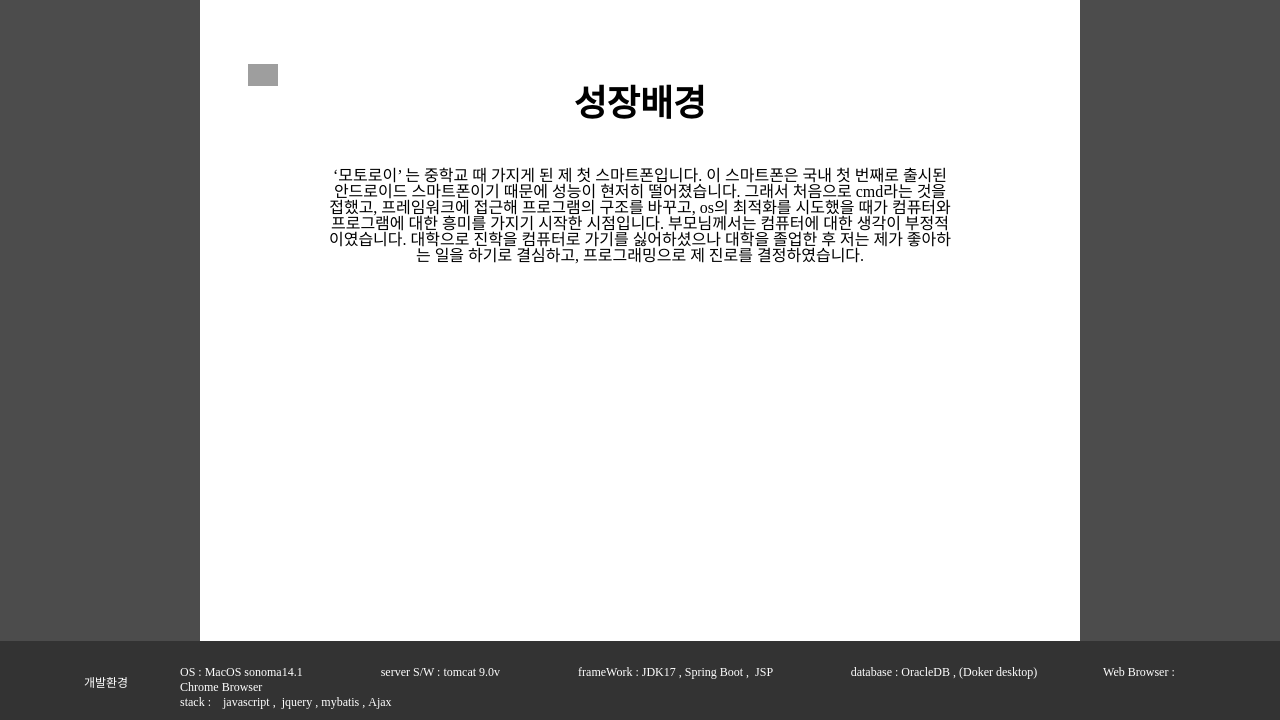
Repository: LeeHaNeul96/Leehaneul
Page: http://localhost/com.introduce/WEB-INF/views/more2.jsp
These files come from the project's save history. The page is drawn as it stood at one moment and after the next save; the edit follows.
The browser window is 1280 px wide. The pictures show the whole page.
Pictures or frames that could not be fetched are drawn as grey boxes. The page is served by Tomcat 9. Nobody is signed in. The template is opened directly, without the code that normally fills it, so the values that code supplies are empty.

Above is the page before, as saved 2023-10-31 10:19:14.
Console error: ReferenceError: $h2Elements is not defined

After the next save:
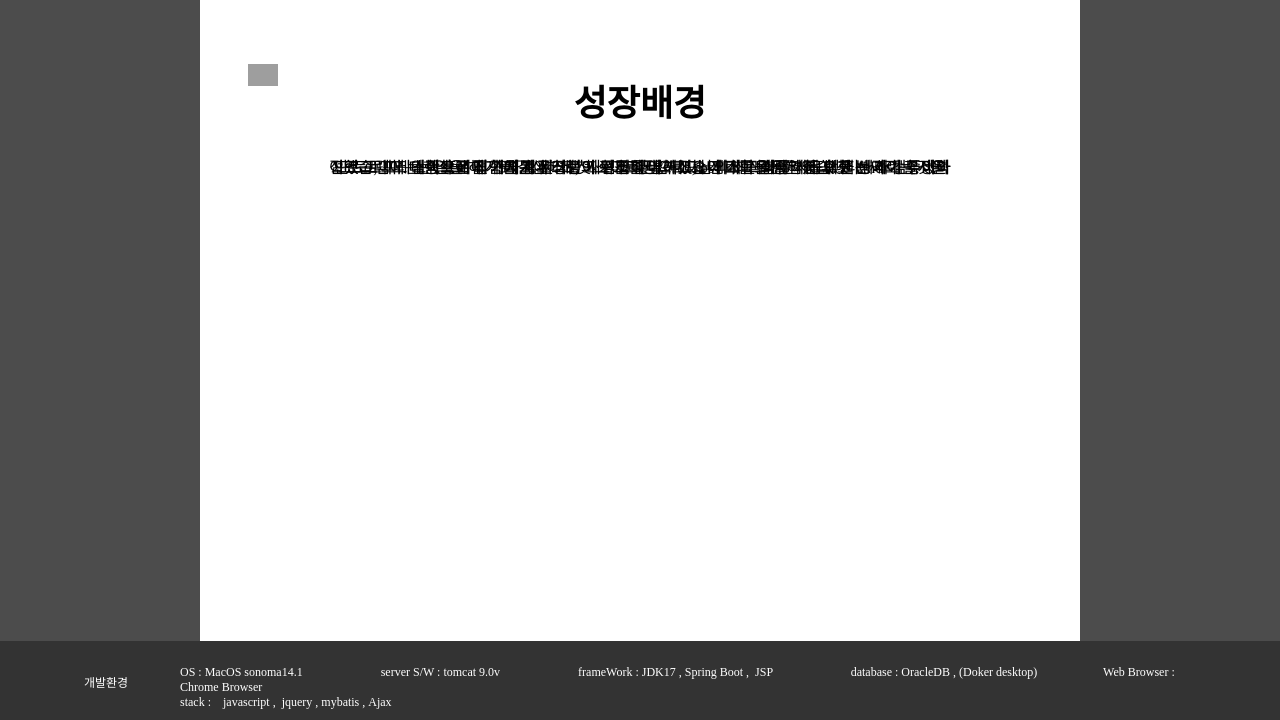
Saved 9 s later.
--- a/com.introduce/src/main/webapp/WEB-INF/views/more2.jsp
+++ b/com.introduce/src/main/webapp/WEB-INF/views/more2.jsp
@@ -77,7 +77,7 @@
 text-align: center;
 margin-right: 20em;
 margin-left: 20em;
-line-height: 1;
+line-height: 0;
 }
 </style>
 </head>

After the save that followed:
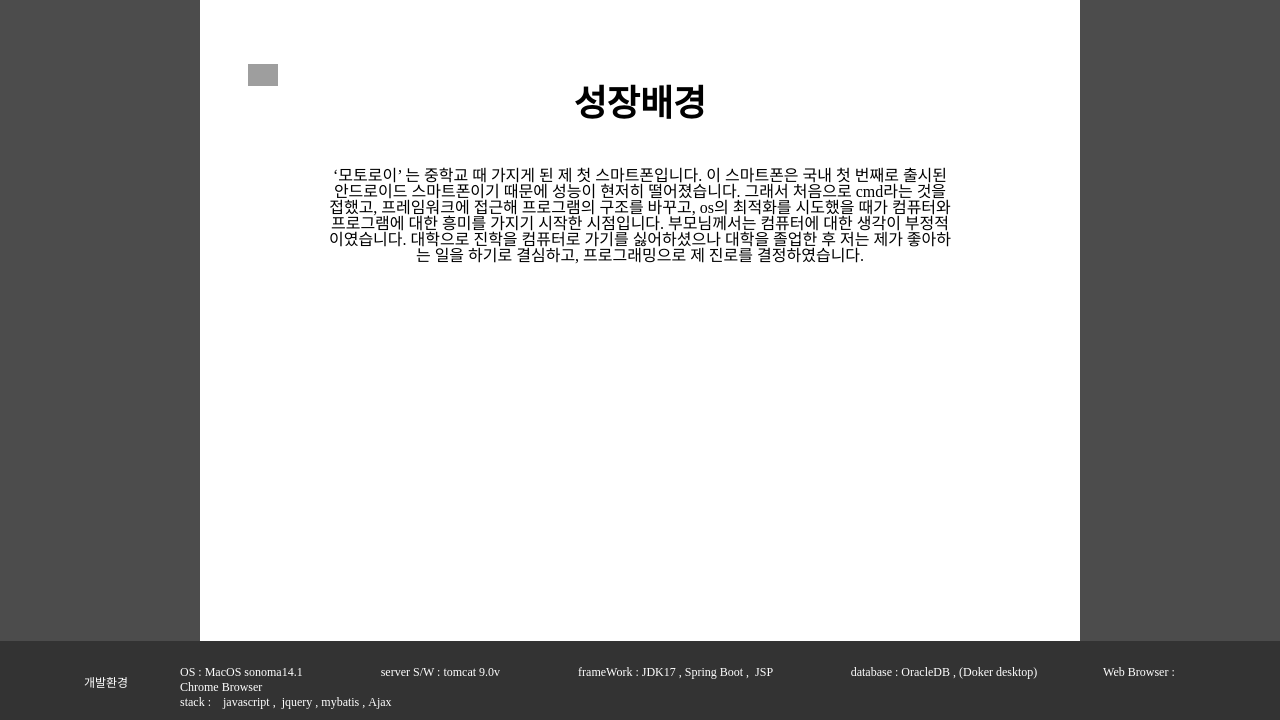
Saved 5 s later.
--- a/com.introduce/src/main/webapp/WEB-INF/views/more2.jsp
+++ b/com.introduce/src/main/webapp/WEB-INF/views/more2.jsp
@@ -77,7 +77,7 @@
 text-align: center;
 margin-right: 20em;
 margin-left: 20em;
-line-height: 0;
+line-height: 1;
 }
 </style>
 </head>
